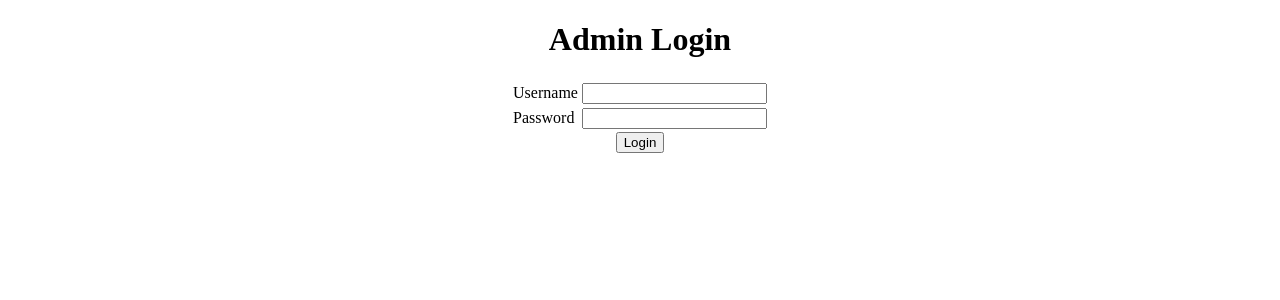
Repository: ashkumar661/Phase-2-Project
Page: http://localhost/crud-example/login-form.jsp
An editor plug-in stored every save of this project. The page is shown before and after the next save, followed by the edit.
The browser window is 1280 px wide. The pictures show the whole page.
The page is served by Tomcat 9. Nobody is signed in. The application's start-up code is not run.

Above is the page before, as saved 2022-05-20 02:04:28.

After the next save:
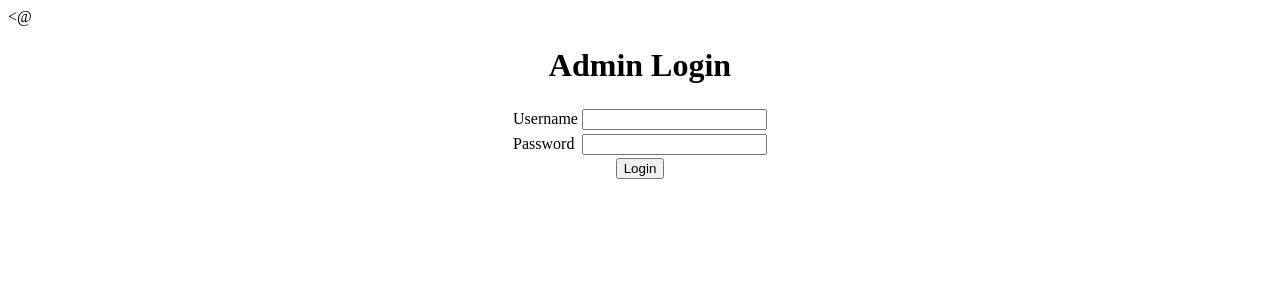
Saved 76 s later.
--- a/crud-example/src/main/webapp/login-form.jsp
+++ b/crud-example/src/main/webapp/login-form.jsp
@@ -1,6 +1,6 @@
 <%@ page language="java" contentType="text/html; charset=ISO-8859-1"
 	pageEncoding="ISO-8859-1"%>
-
+<@<%@ page import="java.sql.*" %>
 <!DOCTYPE html>
 <html>
 <head>
